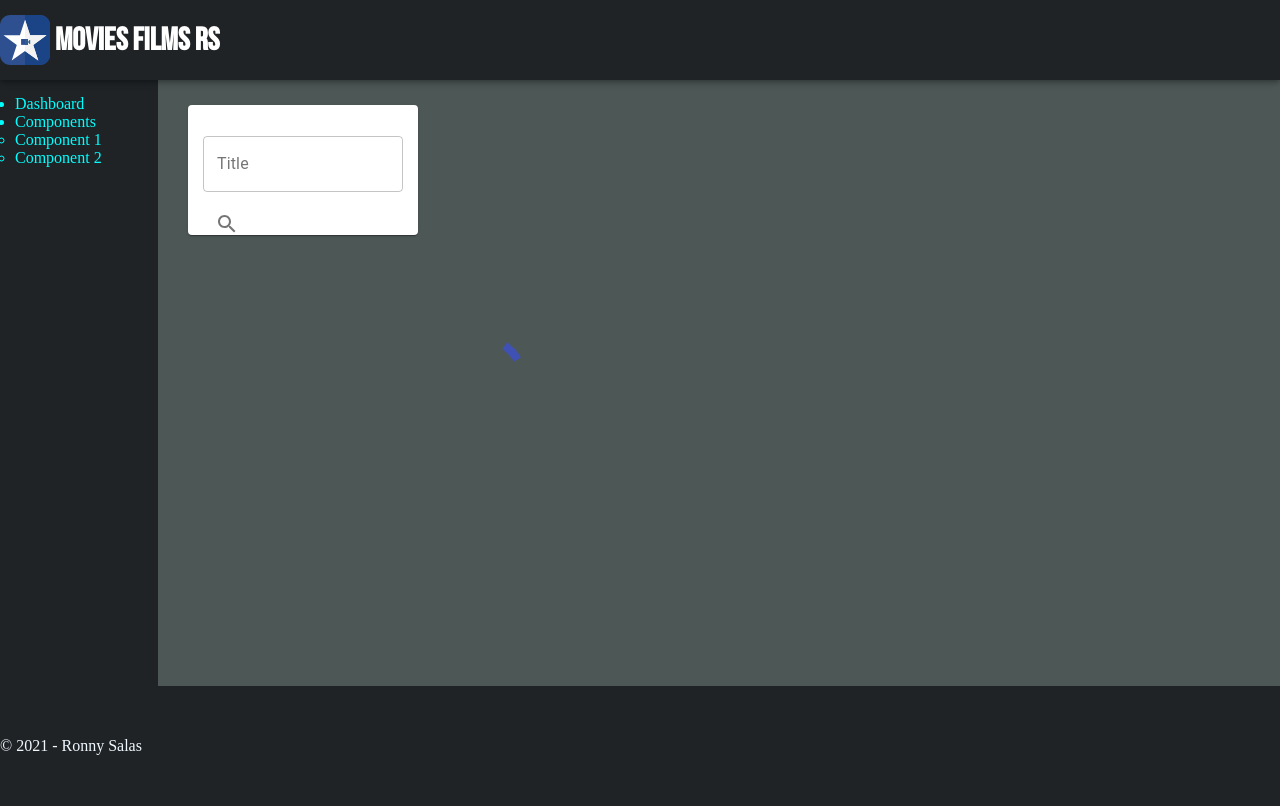
Repository: ronnysalas459/assigment-2
Page: /
These files come from the project's save history. The page is drawn as it stood at one moment and after the next save; the edit follows.
The browser window is 1280 px wide. The pictures show the whole page.
The page's requests for data from a server got no answer. The project was rebuilt for these pictures with package versions that can differ from the ones it lists, and the page was loaded fresh each time. No one was signed in, and anything a server would have sent is missing. Also part of the build but not shown: src/contexts/DetailsContext.js, src/components/Common/ButtonPrimary.js, src/components/Films/Movie.js, src/components/Common/Messages.js, src/components/Films/Movies.js, src/components/Details/Detail.js, src/components/Details/index.js, src/components/NotFound/index.js.

Above is the page before, as saved 2021-08-31 19:58:57.

### src/index.js
import React from 'react';
import ReactDOM from 'react-dom';
import App from './App';

ReactDOM.render(<App />,document.querySelector('#root')
);

### src/App.js
import React from "react";
import { BrowserRouter, Switch, Route } from "react-router-dom";
import MoviesContextProvider from "./contexts/MoviesContext";
import DetailsContextProvider from "./contexts/DetailsContext";
import Films from "./components/Films";
import Details from "./components/Details";
import Header from "./components/Common/Header";
import Footer from "./components/Common/Footer";
import SideBar from "./components/Common/SideBar";
import NotFound from "./components/NotFound";
import "./assets/css/styles.css";

const App = () => (
  <BrowserRouter>
    <div className="container">
      <MoviesContextProvider>
      <Header />
      </MoviesContextProvider>
      <div className="content">
        <SideBar />
        <div className="projects">
          <Switch>
            <Route exact path="/">
              <MoviesContextProvider>
                <Films />
              </MoviesContextProvider>
            </Route>
            <Route path="/movie/:movie_id">
              <DetailsContextProvider>
                <Details />
              </DetailsContextProvider>
            </Route>
            <Route component={NotFound} />
          </Switch>
        </div>
      </div>
      <Footer />
    </div>
  </BrowserRouter>
);

export default App;

### src/contexts/MoviesContext.js
import React, { createContext, useState, useEffect } from "react";
import { popularGet, movieSearch } from "./../constants";

export const MoviesContext = createContext();

const MoviesContextProvider = ({ children }) => {
  const [doneFetch, setDoneFetch] = useState();
  const [currentQuery, setCurrentQuery] = useState("");
  const [text, setText] = useState("Top Movies");
  const [movies, setMovies] = useState([]);

  useEffect(() => {
    getPopularMovies();
  }, []);

  const getPopularMovies = () => {
    fetch(popularGet())
      .then((res) => res.json())
      .then((data) => {
        const { results }  = data;
        setDoneFetch(true);
        console.log(results);
        setMovies(results);
      })
      .catch((err) => console.log(err));
  };

  const getMovies = (query) => {
    fetch(movieSearch(query))
      .then((res) => res.json())
      .then((data) => {
        const { results } = data;
        setDoneFetch(true);
        console.log(results );
        setText(results.length ? "Results" : "No Results");
        setMovies(results);

      })
      .catch((err) => console.log(err));
  };

  const validateQuery = (
    e,
    query = document.querySelector("#query").value.toLowerCase().trim()
  ) => {
    if (e.type === "keypress" && e.key !== "Enter") return;
    const words = query.match(/\w+/g);
    query = words && words.join(" ");
    if (query && query !== currentQuery) {
      setCurrentQuery(query);
      setDoneFetch(false);
      getMovies(query);
    }
  };
  return (
    <MoviesContext.Provider value={{ doneFetch, text, movies, validateQuery }}>
      {children}
    </MoviesContext.Provider>
  );
};

export default MoviesContextProvider;

### src/components/Films/index.js
import React, { Fragment, useContext } from "react";
import { MoviesContext } from "./../../contexts/MoviesContext";
import SearchMovies from "./SearchMovies";
import Movies from "./Movies";
import ProgressBar from "./../Common/ProgressBar";
import  Message  from "./../Common/Messages";

const Films = () => {
  const { validateQuery, doneFetch, movies, text } = useContext(MoviesContext);

  return (
    <Fragment>
      <SearchMovies validateQuery={validateQuery} />
      {doneFetch ? (
        movies.length ? (
          console.log("voyyyyyyyyyy"),
          <Movies text={text} movies={movies} />
        ) : (
          <Message text={text} />
        )
      ) : (
          console.log("nooooooooo"),
        <ProgressBar />
      )}
    </Fragment>
  );
};

export default Films;

### src/components/Common/Header.js
import React from "react";
import { AppBar } from "@material-ui/core";
import { ReactComponent as Logo } from "./../../assets/img/movie.svg";
import "./../../assets/css/styles.css";
const Header = () => (
  <AppBar position="sticky">
      <div className="header-container">
            <Logo className="logo-container" />
            &nbsp;&nbsp;
        <h1>Movies Films RS</h1>
      </div>
  </AppBar>
);

export default Header;

### src/components/Common/Footer.js
import React from 'react'

const Footer = () => (
    <footer>
        <p> &copy; { new Date().getFullYear()} - Ronny Salas</p>
    </footer>
);


export default Footer;

### src/components/Common/SideBar.js
import React from "react";
import { ProSidebar, Menu, MenuItem, SubMenu } from "react-pro-sidebar";
import "./../../assets/css/styles.css";

const SideBar = () => (

    <aside className="aside">
      <ProSidebar>
        <Menu iconShape="square">
          <MenuItem>Dashboard</MenuItem>
          <SubMenu title="Components">
            <MenuItem>Component 1</MenuItem>
            <MenuItem>Component 2</MenuItem>
          </SubMenu>
        </Menu>
      </ProSidebar>
    </aside>

);
export default SideBar;

### src/assets/css/styles.css
/*FUENTES*/

@font-face {
  font-family: "TrebuchetMS";
  src: url("../fonts/TrebuchetMS.ttf");
  font-weight: normal;
  font-style: normal;
}
@font-face {
  font-family: "BebasNeue";
  src: url("../fonts/BebasNeue.otf");
  font-weight: normal;
  font-style: normal;
}

@font-face {
  font-family: "WebSymbolsRegular";
  src: url("../fonts/websymbols-regular-webfont.eot");
  src: url("../fonts/websymbols-regular-webfont.eot?#iefix")
      format("embedded-opentype"),
    url("../fonts/websymbols-regular-webfont.woff") format("woff"),
    url("../fonts/websymbols-regular-webfont.ttf") format("truetype"),
    url("../fonts/websymbols-regular-webfont.svg#WebSymbolsRegular")
      format("svg");
  font-weight: normal;
  font-style: normal;
}
.root {
  margin: 3vw;
}
* {
  margin: 0px;
  padding: 0px;
}

html {
  overflow-x: hidden;
}

.container{
  width:100%;
  height:auto;
}

.header-container {
  width: 100%;
  height: 80px;
  background-color: #1f2326 !important;
  font-family: BebasNeue;
  color: white;
  display: flex;
  flex-direction: row;
  flex-wrap: wrap;
  align-items: center;
}

.logo-container {
  display: block;
  height: 100%;
  width: 50px;
}
.logo-container h1 {
  color: aqua;
}
.content{
  display:flex;
  background-color: #4C5756;
}
.img-wrap {
  height: 150px;
  padding-top: 56.25%;
}
.aside{
  display:flex;
  min-height: 80vh;
  flex-basis: 10%;
  margin-right: 30px;
  padding: 15px;
  flex-direction: column;
  flex-wrap: wrap;
  color: aqua;
  background-color: #1f2326;
}

.projects{
  display:flex;
  flex-wrap: wrap;
  flex-basis: 80%;
}

footer {
  display:flex;
  flex-flow: row wrap;
  justify-content:flex-start;
  height:120px;
  align-items:center;
  background-color: #1f2326;
}
footer p {
    color:aliceblue;
    justify-content: center;
}
.paper {
	margin-top: 25px;
	margin-bottom: 25px;
	width: 200px;
  height: 100px;
}

.defaultPaper {
	padding: 15px;
}

.project{
  flex-grow:1;
  flex-basis: 250px;
  margin-bottom: 25px;
  margin-right:20px;
  max-width: 345px;
}
.movie-details {
  height:800;
  width:500px;
  text-align: center;
  max-width: 345px,
}
.movie-details-img {
  height:640px;
  width:400px;
  padding: 10px;
}
.project img{
  width:80%;
}
.buttonPrimary,
.progressBar {
  display: flex;
  justify-content: center;
  align-items: center;
}


a {
	text-decoration: none;
}

.buttonPrimary,
.message,
.progressBar {
  margin: 10px;
}

.MuiTextField-root {
  width: 100%;
}

@media (max-width: 323px) {
  h1 {
    display: none;
  }
}

### src/constants/index.js
//HABILITAR PROXY INVERSO PARA CORS INTERCEPTOR
//const cors_anywhere = "https://cors-anywhere.herokuapp.com/";
const base_url = "https://api.themoviedb.org/3/";
const popular_movies_get = "movie/popular?";
const movie_search = "search/movie?";
const movies_get = "movie/";
const api_key = "api_key=2c4e30626dc1fcee2a373a9a71cf70f1";


export const popularGet = () => `${base_url}${popular_movies_get}${api_key}&page=1`;
export const moviesGet = movie_id => `${base_url}${movies_get}${movie_id}?${api_key}`;
export const movieSearch = query => `${base_url}${movie_search}${api_key}&query=${query}`;

### src/components/Films/SearchMovies.js
import React from 'react';
import Paper from "@material-ui/core/Paper";
import TextField from '@material-ui/core/TextField';
import IconButton from '@material-ui/core/IconButton';
import SearchIcon from '@material-ui/icons/Search';


const SearchMovies = ({ validateQuery }) => (
    <Paper className = "paper defaultPaper">
        <TextField
            id="query"
            label="Title"
            margin="normal"
            variant="outlined"
            onKeyPress = {(e) => validateQuery(e)}
        />
         <IconButton onClick={(e) => validateQuery(e)}>
            <SearchIcon />
        </IconButton>
    </Paper>
);

export default SearchMovies

### src/components/Common/ProgressBar.js
import React from 'react'
import CircularProgress from '@material-ui/core/CircularProgress';

const ProgressBar = () => (
    <div className="progressBar">
        <CircularProgress size = { 100 } />

    </div>
)


export default ProgressBar

Loaded but not shown: public/index.html (common file)

After the next save:
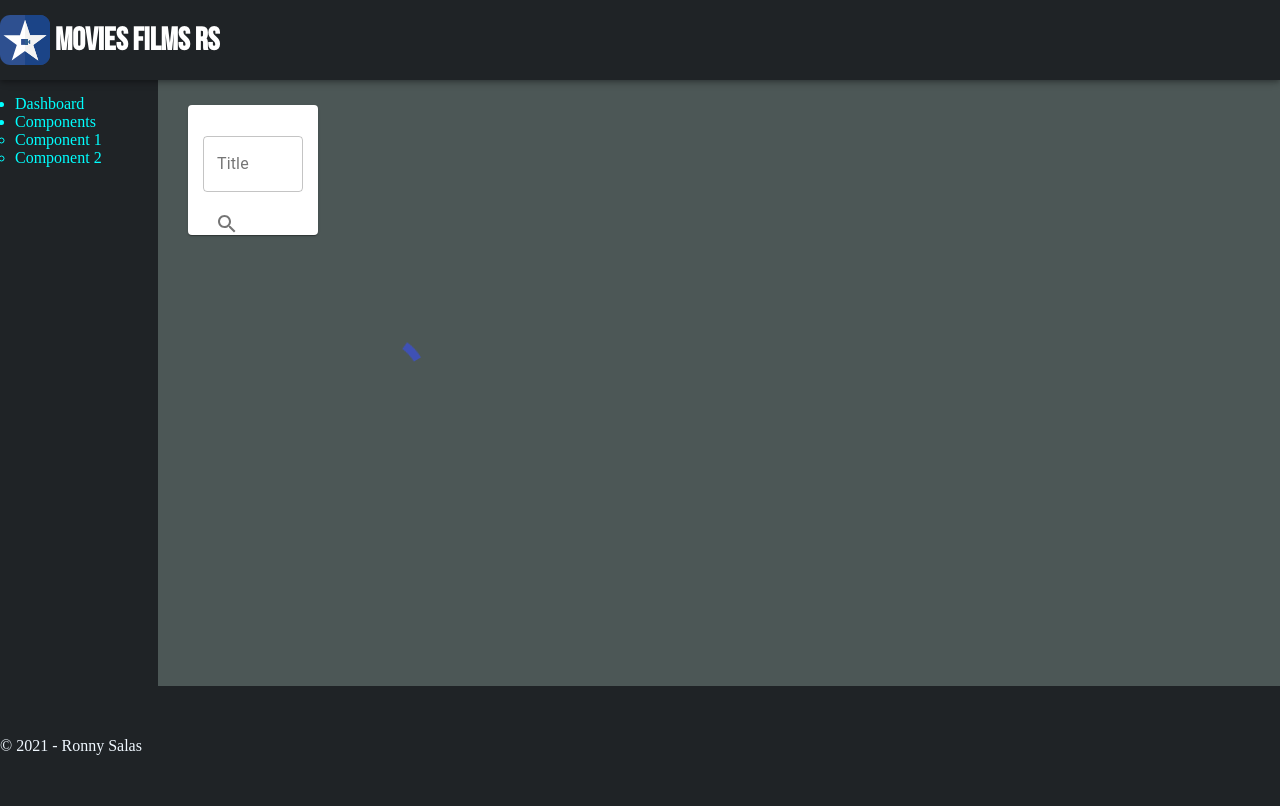
Saved 86 s later.
--- a/src/assets/css/styles.css
+++ b/src/assets/css/styles.css
@@ -103,7 +103,7 @@
 .paper {
 	margin-top: 25px;
 	margin-bottom: 25px;
-	width: 200px;
+	width: 100px;
   height: 100px;
 }
 

After the save that followed:
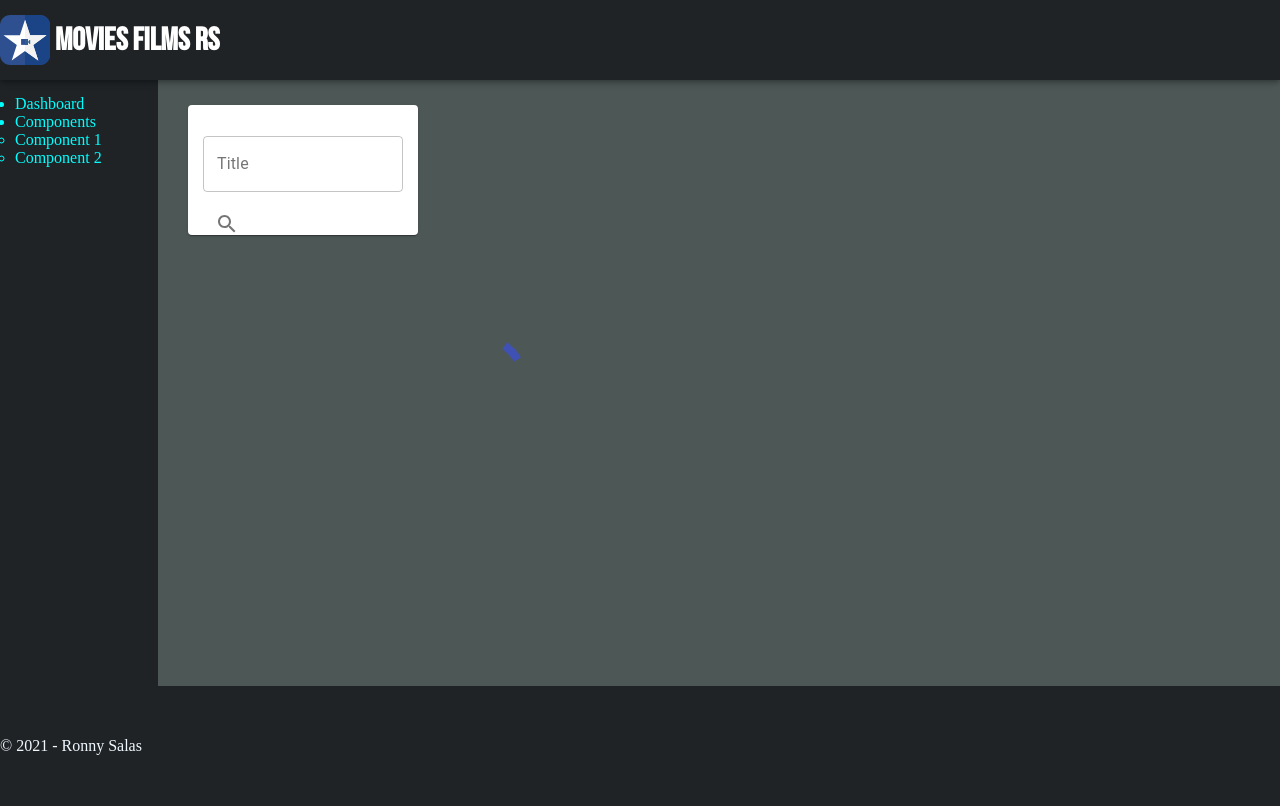
Saved 4 s later.
--- a/src/assets/css/styles.css
+++ b/src/assets/css/styles.css
@@ -103,7 +103,7 @@
 .paper {
 	margin-top: 25px;
 	margin-bottom: 25px;
-	width: 100px;
+	width: 200px;
   height: 100px;
 }
 
